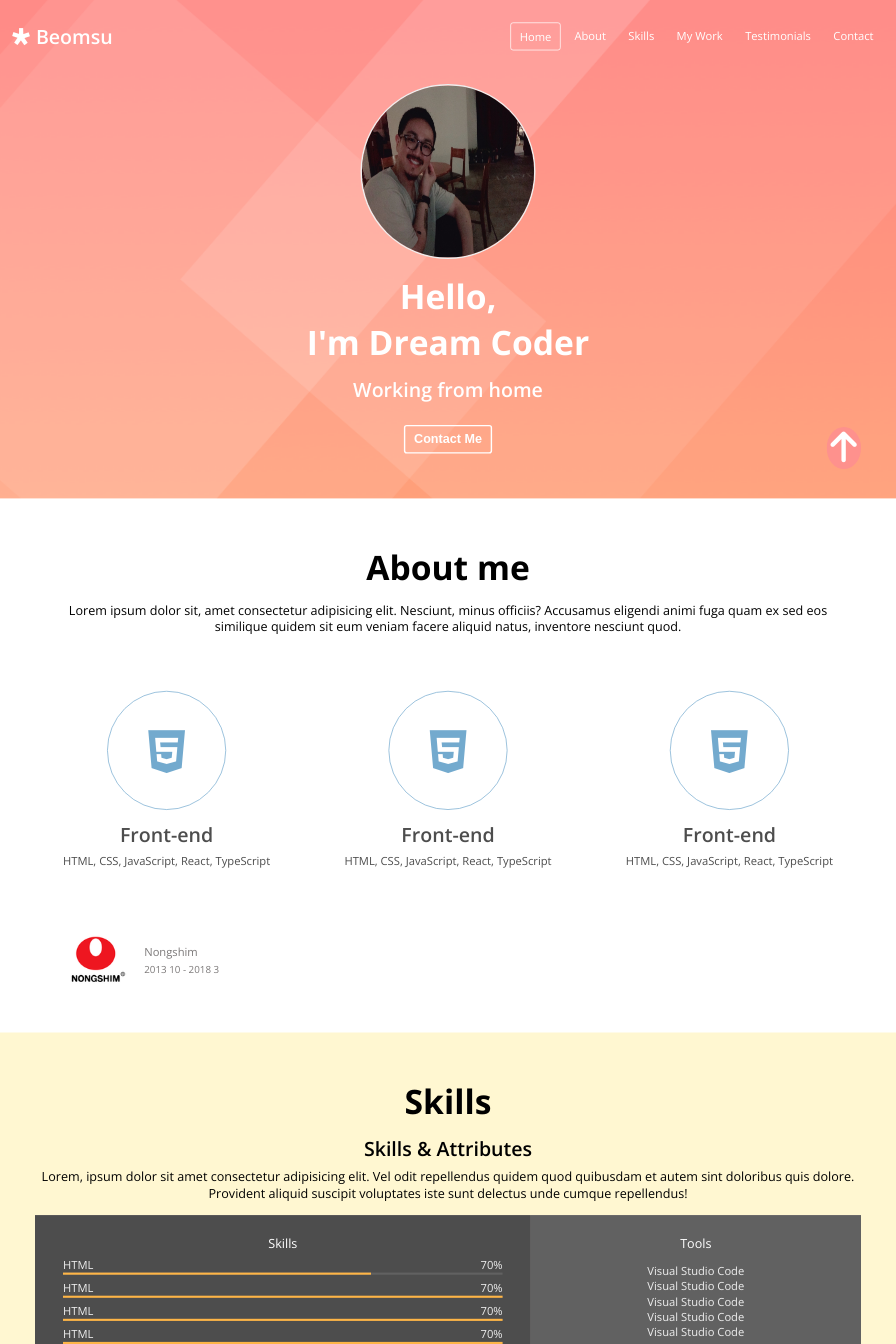
Repository: beomsu9696/Dream_Coding_Academy4
Page: index.html
The author's editor kept a copy of each file at every save. The page is drawn from the files as they stood at one save, then again after the next save.
The browser window is 1280 px wide. The pictures show the part of the page from y = 0 to 1920 px (the page is 4082 px tall), at 70% of full size.
Some web libraries are served in a nearby version.

Above is the page before, as saved 2021-01-26 18:14:45.

### index.html
<!DOCTYPE html>
<html lang="en">
  <head>
    <meta charset="UTF-8" />
    <meta name="viewport" content="width=device-width, initial-scale=1.0" />
    <title>Portfolio</title>
    <meta name="description" content="Portfolio" />
    <meta name="author" content="Beomsu" />
    <link rel="icon" type="image/png" href="images/favicon.png" />
    <script
      src="https://kit.fontawesome.com/c90a48a564.js"
      crossorigin="anonymous"
    ></script>
    <link rel="preconnect" href="https://fonts.gstatic.com" />
    <link
      href="https://fonts.googleapis.com/css2?family=Open+Sans:wght@400;600;700&display=swap"
      rel="stylesheet"
    />
    <link rel="stylesheet" href="style.css" />
    <script src="main.js" defer></script>
  </head>
  <body>
    <!-- Navbar -->
    <nav id="navbar">
      <div class="navbar__logo">
        <i class="fab fa-diaspora"></i>
        <a href="#">Beomsu</a>
      </div>
      <ul class="navbar__menu">
        <li class="navbar__menu__item active" data-link="#home">Home</li>
        <li class="navbar__menu__item" data-link="#about">About</li>
        <li class="navbar__menu__item" data-link="#skills">Skills</li>
        <li class="navbar__menu__item" data-link="#work">My Work</li>
        <li class="navbar__menu__item" data-link="#testimonials">
          Testimonials
        </li>
        <li class="navbar__menu__item" data-link="#contact">Contact</li>
      </ul>
      <!-- Togglle button -->
      <button class="navbar__toggle-btn">
        <i class="fas fa-bars"></i>
      </button>
    </nav>
    <!-- Home -->
    <section id="home">
      <div class="home__container">
        <img
          src="images/profile.JPG"
          alt="Beomsu's profile photo"
          class="home__avatar"
        />
        <h1 class="home__title">Hello, <br />I'm Dream Coder</h1>
        <h2 class="home__description">Working from home</h2>
        <button class="home__contact">Contact Me</button>
      </div>
    </section>
    <!-- About -->
    <section id="about" class="section section__container">
      <h1>About me</h1>
      <p>
        Lorem ipsum dolor sit, amet consectetur adipisicing elit. Nesciunt,
        minus officiis? Accusamus eligendi animi fuga quam ex sed eos similique
        quidem sit eum veniam facere aliquid natus, inventore nesciunt quod.
      </p>
      <div class="about__majors">
        <div class="major">
          <div class="major__icon">
            <i class="fab fa-html5"></i>
          </div>
          <h2 class="major__title">Front-end</h2>
          <div class="major__description">
            HTML, CSS, JavaScript, React, TypeScript
          </div>
        </div>
        <div class="major">
          <div class="major__icon">
            <i class="fab fa-html5"></i>
          </div>
          <h2 class="major__title">Front-end</h2>
          <div class="major__description">
            HTML, CSS, JavaScript, React, TypeScript
          </div>
        </div>
        <div class="major">
          <div class="major__icon">
            <i class="fab fa-html5"></i>
          </div>
          <h2 class="major__title">Front-end</h2>
          <div class="major__description">
            HTML, CSS, JavaScript, React, TypeScript
          </div>
        </div>
      </div>
      <div class="about__jobs">
        <div class="job">
          <img
            src="images/jobs/logo-nongshim.png"
            alt="nongshim"
            class="job__logo"
          />
          <div class="job__description">
            <p class="job__name">Nongshim</p>
            <p class="job__period">2013 10 - 2018 3</p>
          </div>
        </div>
        <div class="job">
          <img src="" alt="" class="job__logo" />
          <div class="job__description">
            <p class="job__name"></p>
            <p class="job__period"></p>
          </div>
        </div>
      </div>
    </section>
    <!-- Skills -->
    <section id="skills" class="section">
      <div class="section__container">
        <h1>Skills</h1>
        <h2>Skills & Attributes</h2>
        <p>
          Lorem, ipsum dolor sit amet consectetur adipisicing elit. Vel odit
          repellendus quidem quod quibusdam et autem sint doloribus quis dolore.
          Provident aliquid suscipit voluptates iste sunt delectus unde cumque
          repellendus!
        </p>
        <div class="skillset">
          <div class="skillset__left">
            <h3 class="skillset__title">Skills</h3>
            <div class="skill">
              <div class="skill__description">
                <span>HTML</span>
                <span>70%</span>
              </div>
              <!-- <progress value="70" max="100"></progress> -->
              <div class="skill__bar">
                <div class="skill__value" style="width: 70%"></div>
              </div>
            </div>
            <div class="skill">
              <div class="skill__description">
                <span>HTML</span>
                <span>70%</span>
              </div>
              <div class="skill__bar">
                <div class="skill__value"></div>
              </div>
            </div>
            <div class="skill">
              <div class="skill__description">
                <span>HTML</span>
                <span>70%</span>
              </div>
              <div class="skill__bar">
                <div class="skill__value"></div>
              </div>
            </div>
            <div class="skill">
              <div class="skill__description">
                <span>HTML</span>
                <span>70%</span>
              </div>
              <div class="skill__bar">
                <div class="skill__value"></div>
              </div>
            </div>
            <div class="skill">
              <div class="skill__description">
                <span>HTML</span>
                <span>70%</span>
              </div>
              <div class="skill__bar">
                <div class="skill__value"></div>
              </div>
            </div>
          </div>
          <div class="skillset__right">
            <div class="tools">
              <h3 class="skillset__title">Tools</h3>
              <ul class="tools__list">
                <li><span>Visual Studio Code</span></li>
                <li><span>Visual Studio Code</span></li>
                <li><span>Visual Studio Code</span></li>
                <li><span>Visual Studio Code</span></li>
                <li><span>Visual Studio Code</span></li>
              </ul>
            </div>
            <div class="etc">
              <h3 class="skillset__title">Etc</h3>
              <ul class="etc__list">
                <li><span>Git</span></li>
                <li><span>Git</span></li>
                <li><span>Git</span></li>
              </ul>
            </div>
          </div>
        </div>
      </div>
    </section>
    <!-- Work -->
    <section id="work" class="section">
      <div class="section__container">
        <h1>My work</h1>
        <h3>Projects</h3>
        <div class="work__categories">
          <button class="category__btn active">
            All <span class="category__count">5</span>
          </button>
          <button class="category__btn">
            Front-end <span class="category__count">5</span>
          </button>
          <button class="category__btn">
            Front-end <span class="category__count">5</span>
          </button>
          <button class="category__btn">
            Front-end <span class="category__count">5</span>
          </button>
        </div>
        <div class="work__projects">
          <a href="#" class="project" target="_blank">
            <img
              class="project__img"
              src="images/projects/project1.png"
              alt="Project1"
            />
            <div class="project__description">
              <h3>Project</h3>
              <span>Clone coding with HTML and CSS</span>
            </div>
          </a>
          <a href="#" class="project" target="_blank">
            <img
              class="project__img"
              src="images/projects/project2.png"
              alt="Project2"
            />
            <div class="project__description">
              <h3>Project</h3>
              <span>Clone coding with HTML and CSS</span>
            </div>
          </a>
          <a href="#" class="project" target="_blank">
            <img
              class="project__img"
              src="images/projects/project3.png"
              alt="Project3"
            />
            <div class="project__description">
              <h3>Project</h3>
              <span>Clone coding with HTML and CSS</span>
            </div>
          </a>
          <a href="#" class="project" target="_blank">
            <img
              class="project__img"
              src="images/projects/project4.png"
              alt="Project4"
            />
            <div class="project__description">
              <h3>Project</h3>
              <span>Clone coding with HTML and CSS</span>
            </div>
          </a>
          <a href="#" class="project" target="_blank">
            <img
              class="project__img"
              src="images/projects/project5.png"
              alt="Project5"
            />
            <div class="project__description">
              <h3>Project</h3>
              <span>Clone coding with HTML and CSS</span>
            </div>
          </a>
          <a href="#" class="project" target="_blank">
            <img
              class="project__img"
              src="images/projects/project6.png"
              alt="Project6"
            />
            <div class="project__description">
              <h3>Project</h3>
              <span>Clone coding with HTML and CSS</span>
            </div>
          </a>
          <a href="#" class="project" target="_blank">
            <img
              class="project__img"
              src="images/projects/project7.png"
              alt="Project7"
            />
            <div class="project__description">
              <h3>Project</h3>
              <span>Clone coding with HTML and CSS</span>
            </div>
          </a>
          <a href="#" class="project" target="_blank">
            <img
              class="project__img"
              src="images/projects/project8.png"
              alt="Project8"
            />
            <div class="project__description">
              <h3>Project</h3>
              <span>Clone coding with HTML and CSS</span>
            </div>
          </a>
        </div>
      </div>
    </section>
    <!-- Testimonials -->
    <section id="testimonials" class="section">
      <div class="section__container">
        <h1>Testimonials</h1>
        <h3>See what they say about me</h3>
        <div class="testimonials">
          <div class="testimonial">
            <img
              src="images/people1.jpg"
              alt="People"
              class="testimonial__avatar"
            />
            <div class="testimonial__speech-bubble">
              <p>
                Lorem ipsum dolor sit amet consectetur adipisicing elit.
                Corporis sequi mollitia odit commodi, neque illo. Voluptatum
                possimus illum qui dolores optio porro ipsa doloribus atque
                tenetur voluptas, distinctio nulla sit?
              </p>
              <p class="name"><a href="#">Man</a>Google</p>
            </div>
          </div>
          <div class="testimonial">
            <div class="testimonial__speech-bubble">
              <p>
                Lorem ipsum dolor sit amet consectetur adipisicing elit.
                Corporis sequi mollitia odit commodi, neque illo. Voluptatum
                possimus illum qui dolores optio porro ipsa doloribus atque
                tenetur voluptas, distinctio nulla sit?
              </p>
              <p class="name"><a href="#">Man</a>Google</p>
            </div>
            <img
              src="images/people1.jpg"
              alt="People"
              class="testimonial__avatar"
            />
          </div>
        </div>
      </div>
    </section>
    <!-- Contact -->
    <section id="contact" class="section">
      <h1 class="contact__title">Let's talk</h1>
      <h2 class="contact__email">dream.coder.ellie@gmail.com</h2>
      <div class="contact__links">
        <a href="#" target="_blank">
          <i class="fab fa-github"></i>
        </a>
        <a href="#" target="_blank">
          <i class="fab fa-linkedin"></i>
        </a>
      </div>
      <p class="contact__rights">
        2021 Dream Coding Ellie - All rights reserved
      </p>
    </section>
    <!-- Arrow up -->
    <button class="arrow-up">
      <i class="fa fa-arrow-up"></i>
    </button>
  </body>
</html>

### style.css
/* Universal tags */
* {
  box-sizing: border-box;
}

body {
  margin: 0;
  font-family: "Open Sans", sans-serif;
  cursor: default;
}

a {
  text-decoration: none;
  color: var(--color-white);
}

ul {
  list-style: none;
  padding-left: 0;
}

button {
  outline: none;
  background-color: transparent;
  cursor: pointer;
  border: none;
}

/* Global */
:root {
  /* Color */
  --color-white: #ffffff;
  --color-light-white: #eeeeee;
  --color-dark-white: #bdbdbd;
  --color-pink: #fe918d;
  --color-dark-pink: #ff6863;
  --color-dark-grey: #4d4d4d;
  --color-grey: #616161;
  --color-light-grey: #7c7979;
  --color-blue: #73aace;
  --color-yellow: #fff7d1;
  --color-orange: #feb546;
  --color-black: #000000;

  /* Font size */
  --font-large: 48px;
  --font-medium: 28px;
  --font-regular: 18px;
  --font-small: 16px;
  --font-micro: 14px;

  /* Font weight */
  --weight-bold: 700;
  --weight-semi-bold: 600;
  --weight-regular: 400;

  /* Size */
  --size-border-radius: 4px;

  /* Animation */
  --animation-duration: 300ms;
}

/* Typography */

h1 {
  font-size: var(--font-large);
  font-weight: var(--weight-bold);
  color: var(--color-black);
  margin: 16px 0px;
}

h2 {
  font-size: var(--font-medium);
  font-weight: var(--weight-semi-bold);
  color: var(--color-black);
  margin: 8px 0;
}

h3 {
  font-size: var(--font-regular);
  font-weight: var(--weight-regular);
  color: var(--color-black);
  margin: 8px 0;
}

p {
  font-size: var(--font-regular);
  font-weight: var(--weight-regular);
  color: var(--color-black);
  margin: 4px 0;
}

/* Navbar */
#navbar {
  position: fixed;
  width: 100%;
  display: flex;
  justify-content: space-between;
  align-items: center;
  color: var(--color-white);
  padding: 16px;
  background-color: transparent;
  transition: all var(--animation-duration) ease-in-out;
  z-index: 1;
}

#navbar.navbar--dark {
  background-color: var(--color-pink);
  padding: 8px;
}

.navbar__menu {
  display: flex;
}

.navbar__logo {
  font-size: var(--font-medium);
  font-weight: var(--weight-semi-bold);
}

.navbar__menu__item {
  padding: 8px 12px;
  margin: 0 4px;
  cursor: pointer;
  border-radius: var(--size-border-radius);
}

.navbar__menu__item.active {
  border: 1px solid var(--color-white);
}

.navbar__menu__item:hover {
  background-color: var(--color-dark-pink);
}

.navbar__toggle-btn {
  position: absolute;
  top: 24px;
  right: 32px;
  font-size: 24px;
  color: var(--color-white);
  display: none;
}

/* Home */
#home {
  background: center/cover no-repeat url(images/homebackground.png);
  padding: 40px;
  padding-top: 120px;
  text-align: center;
}

.home__avatar {
  width: 250px;
  height: 250px;
  border-radius: 50%;
  border: 2px solid var(--color-light-white);
}

.home__title,
.home__description {
  color: var(--color-white);
}

.home__contact {
  color: var(--color-white);
  font-size: var(--font-regular);
  font-weight: var(--weight-bold);
  margin: 24px;
  padding: 8px 12px;
  border: 2px solid var(--color-white);
  border-radius: var(--size-border-radius);
}

/* Section common */
.section {
  text-align: center;
  padding: 50px;
  margin: auto;
}

.section__container {
  max-width: 1200px;
  margin: auto;
}
/* About */
.about__majors {
  display: flex;
  justify-content: space-between;
  margin: 80px 0;
}

.major__icon {
  width: 170px;
  height: 170px;
  line-height: 170px;
  font-size: 70px;
  margin: auto;
  color: var(--color-blue);
  border: 1px solid var(--color-blue);
  border-radius: 50%;
  margin-bottom: 16px;
}

.major__icon i {
  transition: all var(--animation-duration) ease;
}

.major__icon:hover i {
  color: var(--color-pink);
  transform: rotate(-30deg) scale(1.1);
}

.major__title,
.major__description {
  color: var(--color-dark-grey);
}

.major__description {
  font-size: var(--font-small);
}

.job {
  display: flex;
  align-items: center;
}

.job__description {
  margin: 0 16px;
  text-align: left;
}

.job__name,
.job__period {
  color: var(--color-light-grey);
}

.job__name {
  font-size: var(--font-small);
}

.job__period {
  font-size: var(--font-micro);
}

/* Skill */
#skills {
  background-color: var(--color-yellow);
}

.skillset {
  display: flex;
  background-color: var(--color-light-grey);
  color: var(--color-light-white);
  margin: 20px 0;
}

.skillset__title {
  color: var(--color-white);
}

.skillset__left {
  flex-basis: 60%;
  background-color: var(--color-dark-grey);
  padding: 20px 40px;
}

.skill {
  margin-bottom: 8px;
}

.skill__description {
  display: flex;
  justify-content: space-between;
}

.skill__bar {
  width: 100%;
  height: 3px;
  background-color: var(--color-grey);
}

.skill__value {
  width: 100%;
  height: 3px;
  background-color: var(--color-orange);
}

.skillset__right {
  flex-basis: 40%;
}

.tools {
  background-color: var(--color-grey);
}

.tools,
.etc {
  padding: 20px;
}

/* Work */
.work__categories {
  margin: 40px;
}

.category__btn {
  border: 1px solid var(--color-dark-white);
  border-radius: var(--size-border-radius);
  font-size: var(--font-regular);
  padding: 8px 48px;
}

.category__btn.active,
.category__btn:hover {
  background-color: var(--color-pink);
  color: var(--color-white);
}

.category__btn.active .category__count,
.category__btn:hover .category__count {
  opacity: 1;
  top: 0;
}

.category__count {
  background-color: var(--color-orange);
  border-radius: 50%;
  color: var(--color-white);
  width: 24px;
  height: 24px;
  line-height: 24px;
  display: inline-block;
  position: relative;
  top: -20px;
  left: 4px;
  opacity: 0;
  transition: all var(--animation-duration) ease-in;
}

.work__projects {
  display: flex;
  flex-wrap: wrap;
  justify-content: center;
}

.project {
  position: relative;
  display: flex;
  justify-content: center;
  align-items: center;
  width: 280px;
  height: 250px;
  margin: 2px;
  background-color: var(--color-light-white);
}

.project__img {
  max-width: 100%;
  max-height: 100%;
}

.project__description {
  position: absolute;
  background-color: black;
  display: flex;
  flex-direction: column;
  justify-content: center;
  width: 100%;
  height: 100%;
  top: 0;
  left: 0;
  opacity: 0;
  transform: translateY(10px);
  transition: all var(--animation-duration) ease-in;
}

.project:hover .project__description {
  transform: translateY(0px);
  opacity: 0.8;
}

.project__description h3 {
  color: var(--color-white);
}

.project__description h3:after {
  content: "";
  display: block;
  position: relative;
  left: 50%;
  width: 25px;
  height: 2px;
  margin-left: -12px;
  margin-top: 8px;
  background-color: var(--color-dark-white);
}

/* Testimonial */
#testimonials {
  background-color: var(--color-light-white);
}

.testimonials {
  margin: 40px;
}

.testimonial {
  display: flex;
  margin: 32px 0;
}

.testimonial__avatar {
  width: 150px;
  height: 150px;
  border-radius: 50%;
}

.testimonial__avatar:nth-child(odd) {
  margin-right: 40px;
}
.testimonial__avatar:nth-child(even) {
  margin-left: 40px;
}

.testimonial__speech-bubble {
  padding: 18px;
  background-color: var(--color-white);
  border-radius: var(--size-border-radius);
}

.testimonial__speech-bubble p {
  color: var(--color-light-grey);
}

.testimonial__speech-bubble a {
  color: var(--color-pink);
}

/* Contact */
#contact {
  background-color: var(--color-pink);
}

.contact__title,
.contact__email,
.contact__rights {
  color: var(--color-white);
}

.contact__title {
  margin: 32px 0;
}

.contact__links {
  font-size: var(--font-large);
  margin: 24px 0;
}

.contact__links i {
  transition: all var(--animation-duration) ease-in;
}

.contact__links i:hover {
  transform: scale(1.1);
  color: var(--color-yellow);
}

/* Scroll */
.arrow-up {
  position: fixed;
  bottom: 50px;
  right: 50px;
  font-size: 50px;
  background-color: var(--color-pink);
  color: var(--color-white);
  border-radius: 50%;
}

/* For below 768px screen width */
@media screen and (max-width: 768px) {
  .navbar__toggle-btn {
    display: block;
  }

  #navbar {
    flex-direction: column;
    align-items: flex-start;
  }

  .navbar__menu {
    flex-direction: column;
    text-align: center;
    width: 100%;
    display: none;
  }

  .about__majors {
    flex-direction: column;
  }

  .major {
    margin-bottom: 38px;
  }

  .skillset {
    flex-direction: column;
  }

  .project {
    flex-grow: 1;
  }
  .testmonial__avatar {
    width: 80px;
    height: 80px;
  }
}
/* For below 970px screen width */
@media screen and (max-width: 970px) {
  .work__categories {
    display: flex;
    flex-direction: column;
  }

  .category__btn:nth-child(even),
  .category__btn:nth-child(3) {
    margin-top: 4px;
  }
}

### main.js
"use strict";

// Make navbar transparent when it is on the top
const navbar = document.querySelector("#navbar");
const navbarHeight = navbar.getBoundingClientRect().height;
document.addEventListener("scroll", () => {
  if (window.scrollY > navbarHeight) {
    navbar.classList.add("navbar--dark");
  } else {
    navbar.classList.remove("navbar--dark");
  }
});

// Handle scrolling when tapping on the navbar menu
const navbarMenu = document.querySelector(".navbar__menu");
navbarMenu.addEventListener("click", (event) => {
  const target = event.target;
  const link = target.dataset.link;
  if (link == undefined) {
    return;
  }
  scrollIntoView(link);
});

// Handle click on 'contact me' button on home
const homeContact = document.querySelector(".home__contact");
homeContact.addEventListener("click", () => {
  scrollIntoView("#contact");
});

// Make home slowly fade to transparent as the window scrolls down
const home = document.querySelector(".home__container");
const homeHeight = home.getBoundingClientRect().height;
document.addEventListener("scroll", () => {
  home.style.opacity = 1 - window.scrollY / homeHeight;
});

function scrollIntoView(selector) {
  const scrollTo = document.querySelector(selector);
  scrollTo.scrollIntoView({ behavior: "smooth" });
}

After the next save:
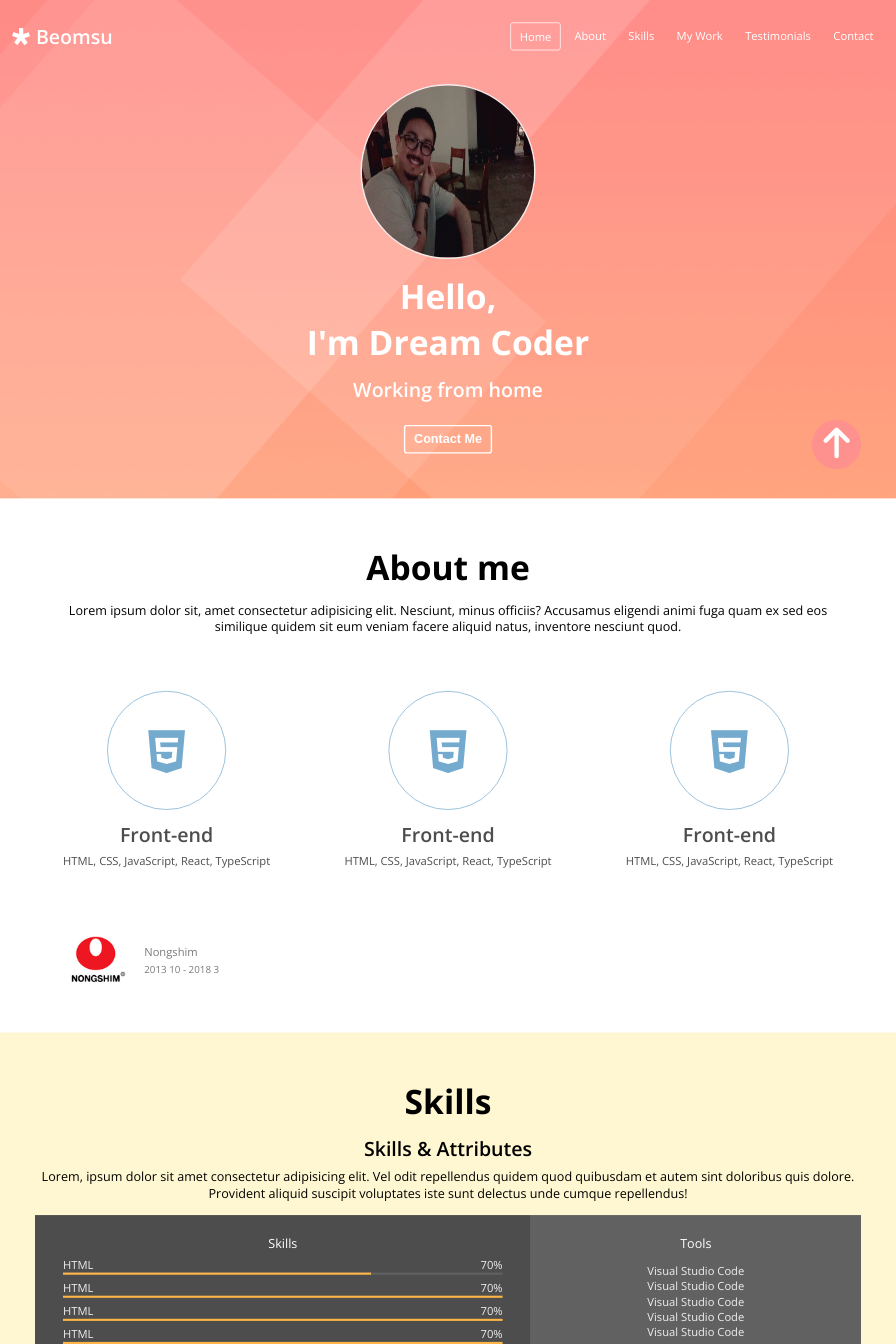
Saved 17 s later.
--- a/style.css
+++ b/style.css
@@ -473,6 +473,8 @@
   bottom: 50px;
   right: 50px;
   font-size: 50px;
+  width: 70px;
+  height: 70px;
   background-color: var(--color-pink);
   color: var(--color-white);
   border-radius: 50%;
